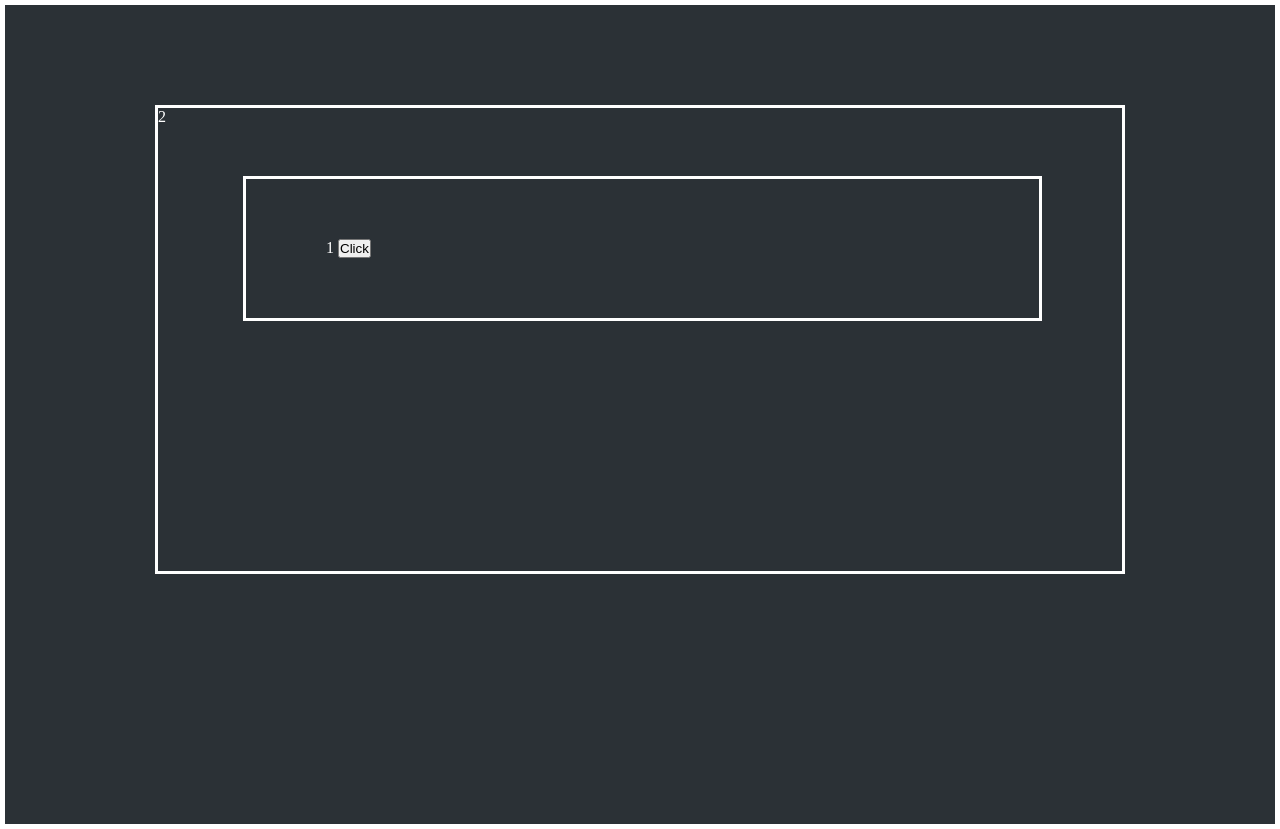
Repository: wakoya-tech/react-project
Page: Desktop/shaakala/hara/index.html
These files come from the project's save history. The page is drawn as it stood at one moment and after the next save; the edit follows.
The browser window is 1280 px wide. The pictures show the whole page.

Above is the page before, as saved 2025-08-29 16:11:08.

### Desktop/shaakala/hara/index.html
<!DOCTYPE html>
<html lang="en">
<head>
    <meta charset="UTF-8">
    <meta name="viewport" content="width=device-width, initial-scale=1.0">
    <title>Document</title>
</head>
<style>
    *{
        box-sizing: border-box;
        margin: 0;
        padding: 0;

    }
    body{
        border: 5px solid white;
        background-color: rgb(43, 49, 54);
    }
    .div2 {
        border: 3px solid white;
        margin: 100px 150px 250px 150px;
        color: white;
    }
    .div1{
        border: 3px solid white;
        margin: 50px 80px 250px 85px;
        color: white;
        padding: 60px 80px 60px 80px;
    }

</style>
<body>

    <div class="div2">
        2
        <div class="div1">
            1
            <button>Click</button>
        </div>
    </div>
    <script src="../hara/script.js"></script>
</body>
</html>

Loaded but not shown: Desktop/shaakala/hara/script.js (no stored copy; drawn as an empty file)

After the next save:
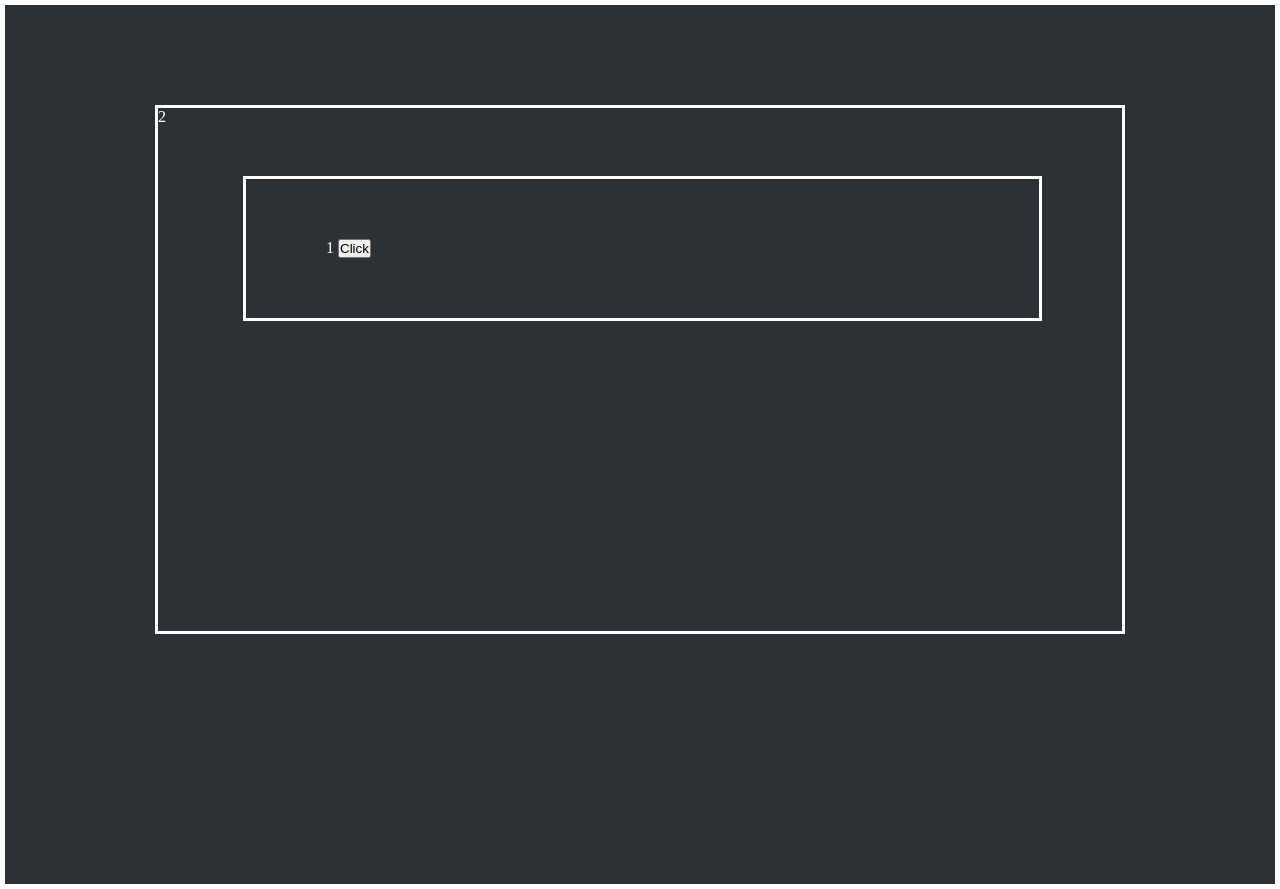
Saved 28 s later.
--- a/Desktop/shaakala/hara/index.html
+++ b/Desktop/shaakala/hara/index.html
@@ -20,6 +20,7 @@
         border: 3px solid white;
         margin: 100px 150px 250px 150px;
         color: white;
+        padding-bottom: 60px;
     }
     .div1{
         border: 3px solid white;
